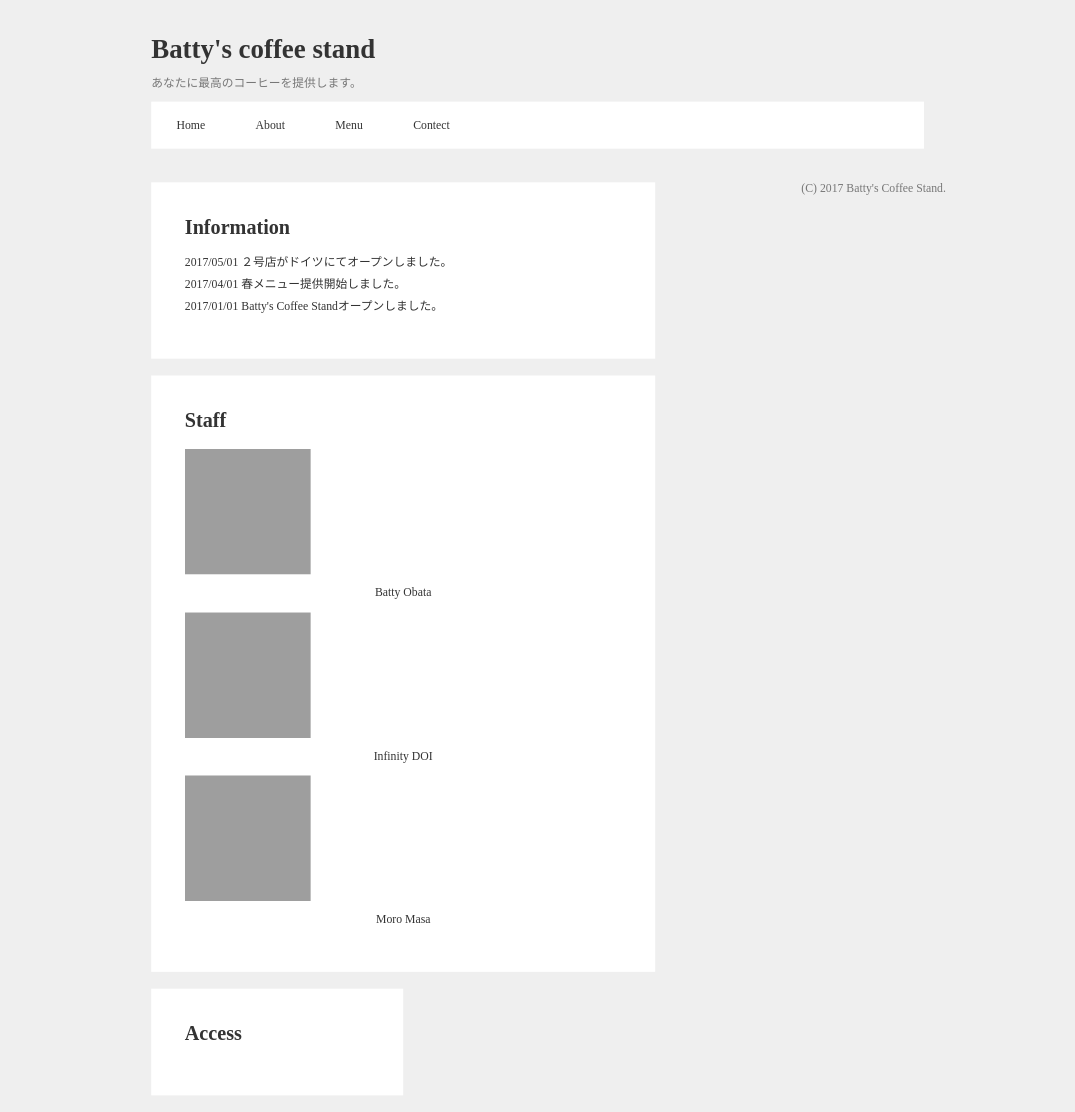
Repository: Black-Holy/rails-07-
Page: HTML/batty_coffee_stand/index.html
The author's editor kept a record of every edit. The page is drawn from the files as they stood at one moment, then again after the next edit.
The browser window is 1280 px wide. The pictures show the whole page, at 84% of full size.
Pictures or frames that could not be fetched are drawn as grey boxes.

Above is the page before.

### HTML/batty_coffee_stand/index.html
<!DOCTYPE HTML>
<html>
  <head>
    <meta charset="UTF-8">
    <title>Batty's Coffee Stand</title>
    <link rel="stylesheet" href="css/normalize.css">
    <link rel="stylesheet" href="css/style.css">
  </head>
  <body>
  <header>
    <div class="container">
      <div class="header-title-area">
        <h1 class="logo">Batty's coffee stand</h1>
        <p class="text-sub">あなたに最高のコーヒーを提供します。</p>
        <ul class="header-navigation">
          <li><a href="#">Home</a></li>
          <li><a href="#">About</a></li>
          <li><a href="#">Menu</a></li>
          <li><a href="#">Contect</a></li>
        </ul>
      </div>
    </div>
  </header>
  <div class="main">
    <div class="container">
      <div class="left-contents">
        <div class="card-contents">
          <h2 class="text-title">Information</h2>
          <ul class="information-list">
            <li>2017/05/01 ２号店がドイツにてオープンしました。</li>
            <li>2017/04/01 春メニュー提供開始しました。</li>
            <li>2017/01/01 Batty's Coffee Standオープンしました。</li>
          </ul>
        </div>
        <div class="card-contents">
          <h2 class="text-title">Staff</h2>
          <div class="staff-list-area">
            <div class="staff-list">
              <img src="./staff_01.jpg" class="staff-image">
              <p class="staff-name">Batty Obata</p>
            </div>
            <div class="staff-list">
              <img src="./staff_02.jpg" class="staff-image">
              <p class="staff-name">Infinity DOI</p>
            </div>
            <div class="staff-list">
              <img src="./staff_03.jpg" class="staff-image">
              <p class="staff-name">Moro Masa</p>
            </div>
          </div>
        </div>
        <div class="right-contents">
          <div class="card-contents">
            <h2 class="text-title">Access</h2>
        </div>
      </div>
    </div>
  </div>
  <footer>
    <p class="copyright">(C) 2017 Batty's Coffee Stand.</p>
  </footer>
  </body>
</html>

### HTML/batty_coffee_stand/css/style.css
body {
  background-color: #efefef;
  font-size: 14px;
  color: #333;
  margin: 0;
}

h1,h2,h3,h4,h5 {
  margin: 0 0 10px 0;
  padding: 0;
}

header {
  margin-top: 20px;
}

.container {
  width: 920px;
  margin: 0 auto 40px auto;
}

.header-title-area {
  margin-top: 40px;
  margin-bottom: 30px;
}

.logo {
  font-size: 32px;
}

.text-sub {
  color: #777;
}

.header-navigation {
  width: 100%;
  background-color: #fff;
  padding: 20px 0;
}

.header-navigation:after {
  clear: both;
  display: block;
  content: " ";
}

.header-navigation li {
  float: left;
  padding: 0 30px;
  text-align: center;
  list-style-type: none;
}

.header-navigation li a {
  color: #333;
  text-decoration: none;
}

.text-title {
  font-size: 24px;
  font-weight: bold;
  margin-top: 0;
  margin-bottom: 20px;
}

.card-contents {
  padding: 40px;
  display: block;
  margin-bottom: 20px;
  background-color: #fff;
}

.left-contents {
  width: 600px;
  margin-right: 20px;
  float: left;
}

.right-contents {
  width: 300px;
  float: left;
}

.information-list {
  list-style-type: none;
  padding-left: 0;
}

.information-list li {
  margin-bottom: 10px;
}

.staff-list-area:after {
  clear: both;
  display: block;
  content: " ";
}

.staff-list:last-child {
  margin-right: 0;
}

.staff-image {
  margin-bottom: 10px;
  width: 150px;
  height: 150px;
  display: block;
}

.staff-name {
  text-align: center;
}

.copyright {
  color: #777;
  text-align: center;
}

.main:after {
  clear: both;
  display: block;
  content: " ";
}

Loaded but not shown: HTML/batty_coffee_stand/css/normalize.css (library)

After the next edit:
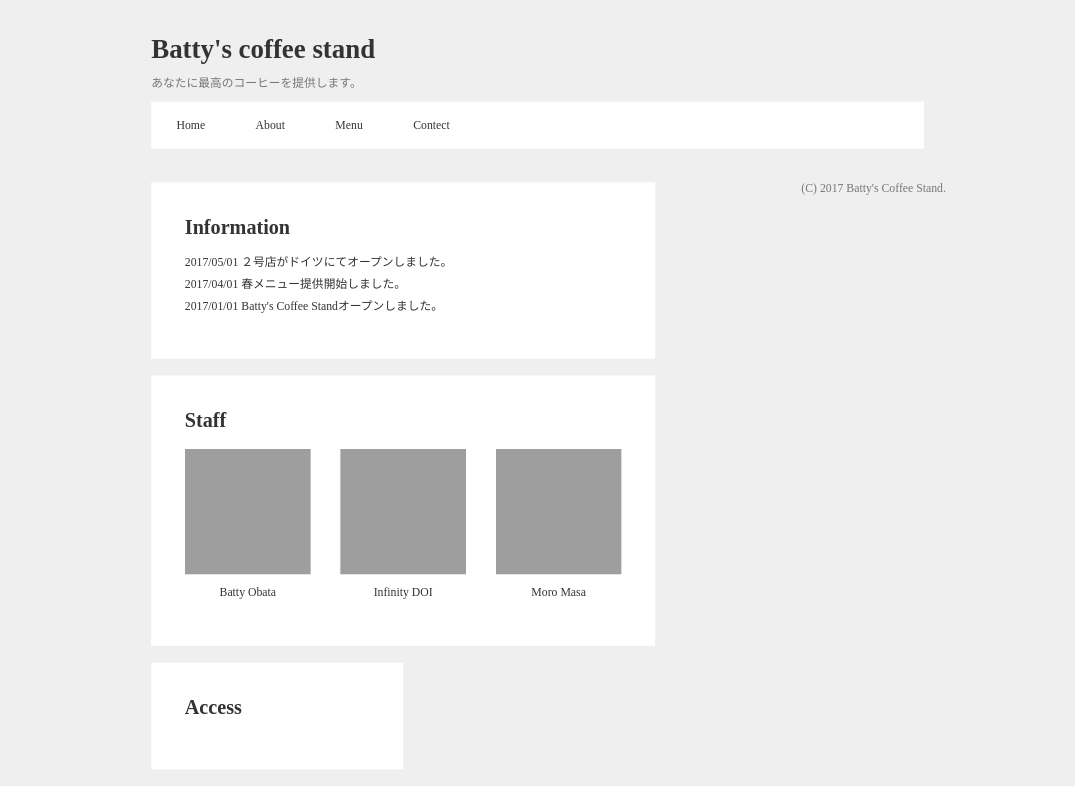
The edit:
--- a/HTML/batty_coffee_stand/css/style.css
+++ b/HTML/batty_coffee_stand/css/style.css
@@ -96,6 +96,12 @@
   content: " ";
 }
 
+.staff-list {
+  width: 150px;
+  margin-right: 35px;
+  float: left;
+}
+
 .staff-list:last-child {
   margin-right: 0;
 }
